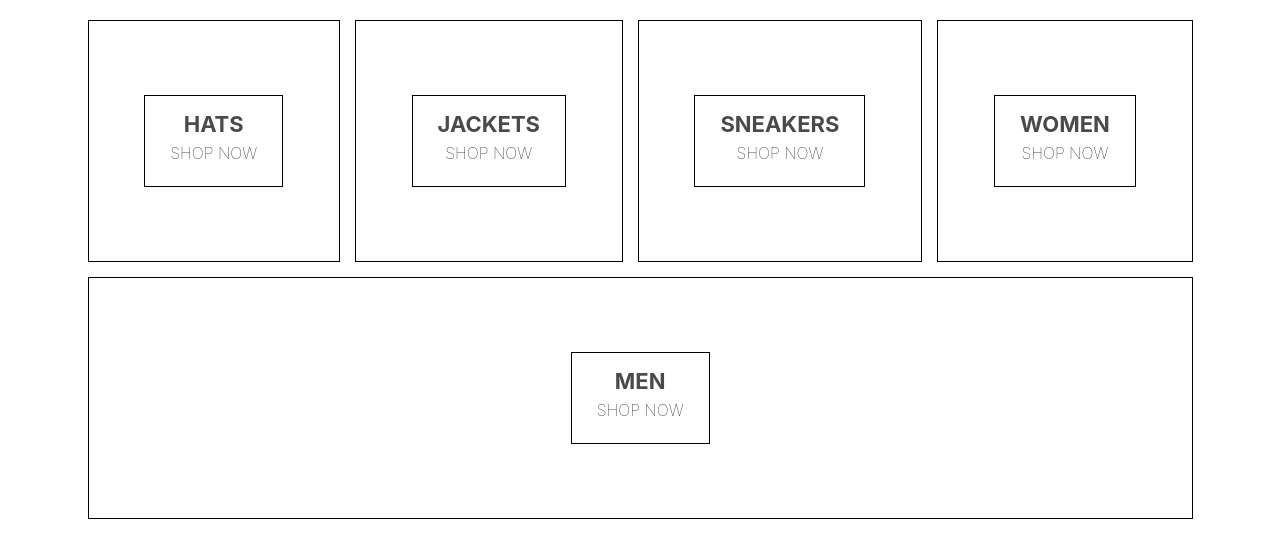
Repository: Daga01/clothing-ecommerce
Page: /
The author's editor kept a copy of each file at every save. The page is drawn from the files as they stood at one save, then again after the next save.
The browser window is 1280 px wide. The pictures show the whole page.
The project was rebuilt for these pictures with package versions that can differ from the ones it lists, and the page was loaded fresh each time. Also part of the build but not shown: src/App.css.

Above is the page before, as saved 2020-01-30 17:17:44.

After the next save:
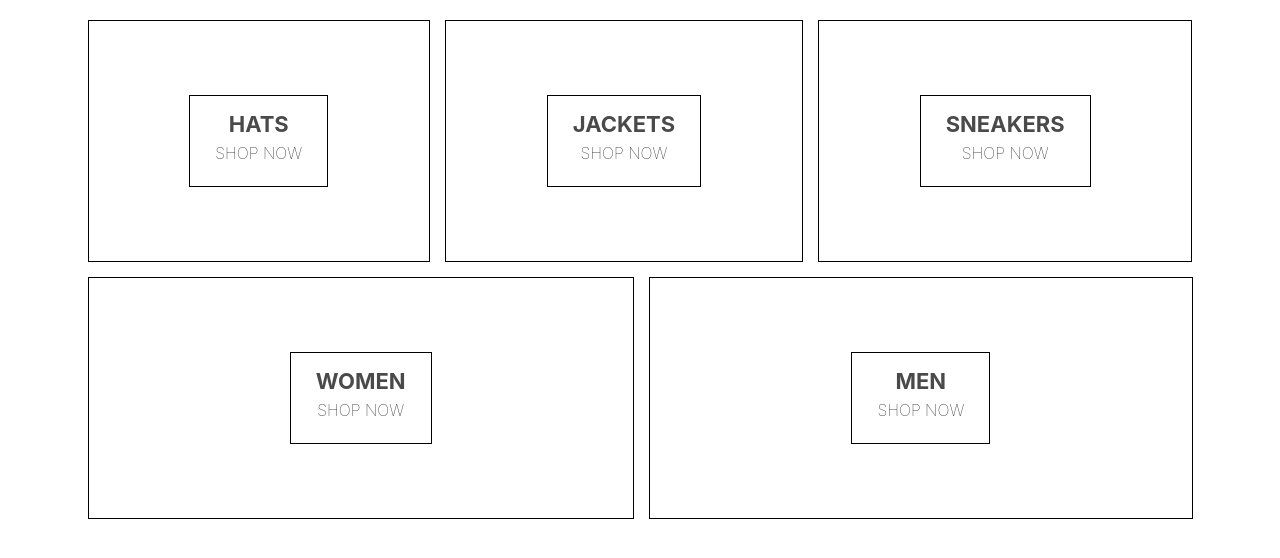
Saved 12 s later.
--- a/src/homepage.styles.scss
+++ b/src/homepage.styles.scss
@@ -13,7 +13,7 @@
 }
 
 .menu-item {
-  min-width: 20%;
+  min-width: 30%;
   height: 240px;
   flex: 1 1 auto;
   display: flex;
